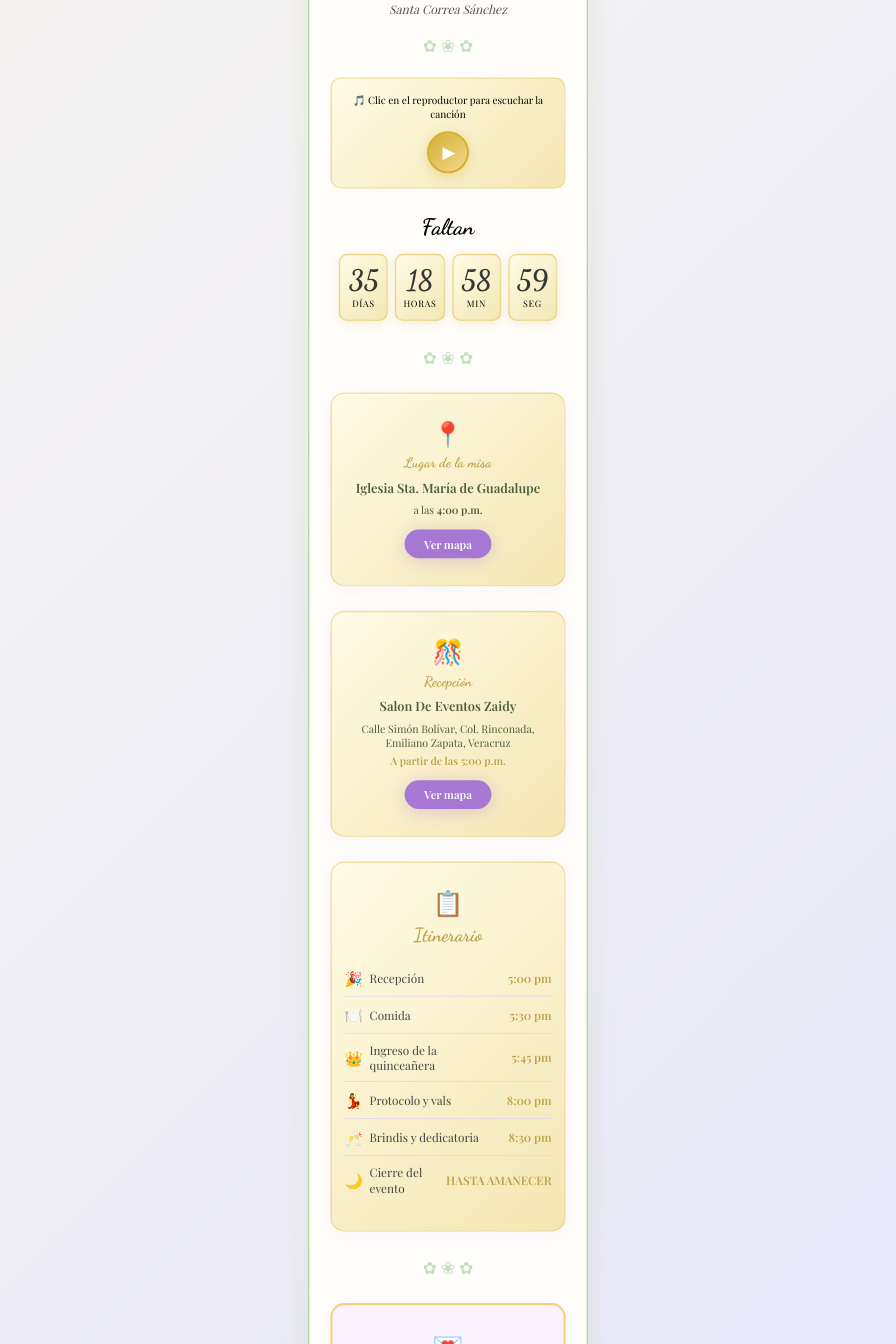
Repository: Jurgt2/InvitacionXvCamila
Page: index.html
These files come from the project's save history. The page is drawn as it stood at one moment and after the next save; the edit follows.
The browser window is 1280 px wide. The pictures show the part of the page from y = 771 to 2691 px (the page is 3213 px tall), at 70% of full size.
Some web fonts or font styles are not loaded; a fallback is used.

Above is the page before, as saved 2025-11-15 16:29:37.
Console error: TypeError: Cannot read properties of null (reading 'href')

### index.html
<!DOCTYPE html>
<html lang="es">
<head>
    <meta charset="UTF-8">
    <meta name="viewport" content="width=device-width, initial-scale=1.0">
    <title>Mis 15 Años - María Camila</title>

    <!-- Google Fonts -->
    <link rel="preconnect" href="https://fonts.googleapis.com">
    <link rel="preconnect" href="https://fonts.gstatic.com" crossorigin>
    <link href="https://fonts.googleapis.com/css2?family=Dancing+Script:wght@400;700&family=Playfair+Display:ital,wght@0,400;0,600;1,400&display=swap" rel="stylesheet">

    <!-- Estilos personalizados -->
    <link rel="stylesheet" href="style.css">
</head>
<body>
    <!-- Contenedor principal -->
    <div class="container">
    <!-- Encabezado superior eliminado -->
        <!-- 1. Foto circular de la quinceañera -->
        <div class="photo-section">
            <div class="photo-frame">
                <img src="quinceanera.jpg" alt="Emily Camila" class="quinceanera-photo">
            </div>
            <div class="crown-decoration">👑</div>
        </div>
        <!-- 2. Título principal -->
        <h1 class="main-title" style="font-family: 'Dancing Script', cursive; font-size: 2.5rem; font-weight: 700; color: #7d4ba8; text-align: center; margin: 20px 0 0 0;">
            <span style="font-size:2.5rem; color:#bfa14a; font-family: 'Dancing Script', cursive; font-weight: 700;">Emily Camila Salazar Santamaría</span>
        </h1>
        <!-- 3. Subtítulo descriptivo -->
        <p class="subtitle">
            Sus 15 años son un reflejo de su belleza, sus sueños y su alegría.<br>
            Hoy celebramos con entusiasmo y amor...
        </p>
        <!-- Fecha destacada (ahora debajo del texto) -->
        <div class="fecha-xv" style="text-align:center; margin:10px 0 18px 0;">
            <span style="display:inline-block; background:linear-gradient(90deg,#fffbe6 60%,#bfa14a 100%); color:#bfa14a; border-radius:12px; padding:6px 18px; font-size:1.1rem; font-weight:600; letter-spacing:1px; box-shadow:0 2px 8px #f3eac080;">SÁBADO <span style="color:#bfa14a; font-size:1.3rem;">20</span> DICIEMBRE</span>
        </div>
        <!-- Nombres de papás y padrinos (formato elegante) -->
        <div class="familia-xv" style="text-align:center; margin:28px 0 18px 0;">
            <span style="color:#bfa14a; font-size:1.25rem; font-family:'Dancing Script',cursive; font-weight:700; letter-spacing:0.5px; display:block; margin-bottom:6px;">En compañía de</span>
            <div style="display:flex; justify-content:center; align-items:flex-start; gap:32px; flex-wrap:wrap; margin-bottom:6px;">
                <div style="min-width:140px;">
                    <span style="color:#bfa14a; font-size:1.1rem; font-family:'Dancing Script',cursive; font-weight:700; display:block; margin-bottom:2px;">Sus papás</span>
                    <span style="display:block; color:#555; font-size:1.08rem; font-family:'Playfair Display',serif; font-style:italic; margin-bottom:2px;">José Antonio Salazar Morales</span>
                    <span style="display:block; color:#555; font-size:1.08rem; font-family:'Playfair Display',serif; font-style:italic;">Lissette Santamaría Correa</span>
                </div>
                <div style="min-width:140px;">
                    <span style="color:#bfa14a; font-size:1.1rem; font-family:'Dancing Script',cursive; font-weight:700; display:block; margin-bottom:2px;">Sus padrinos</span>
                    <span style="display:block; color:#555; font-size:1.08rem; font-family:'Playfair Display',serif; font-style:italic; margin-bottom:2px;">Félix Córdova Alba</span>
                    <span style="display:block; color:#555; font-size:1.08rem; font-family:'Playfair Display',serif; font-style:italic;">Santa Correa Sánchez</span>
                </div>
            </div>
        </div>
        <!-- Decoración floral -->
        <div class="floral-divider">✿ ❀ ✿</div>

        <!-- 4. Reproductor de música -->
        <div class="music-section">
            <p class="music-instruction">🎵 Clic en el reproductor para escuchar la canción</p>
            <button id="playButton" class="play-button" aria-label="Reproducir música">
                <span id="playIcon">▶</span>
            </button>
            <audio id="audioPlayer" loop>
                <source src="musica.mp3" type="audio/mpeg">
                Tu navegador no soporta el elemento de audio.
            </audio>
        </div>

        <!-- 5. Cuenta regresiva -->
        <div class="countdown-section">
            <h2 class="section-title">Faltan</h2>
            <div class="countdown-container">
                <div class="countdown-box">
                    <div class="countdown-number" id="days">00</div>
                    <div class="countdown-label">Días</div>
                </div>
                <div class="countdown-box">
                    <div class="countdown-number" id="hours">00</div>
                    <div class="countdown-label">Horas</div>
                </div>
                <div class="countdown-box">
                    <div class="countdown-number" id="minutes">00</div>
                    <div class="countdown-label">Min</div>
                </div>
                <div class="countdown-box">
                    <div class="countdown-number" id="seconds">00</div>
                    <div class="countdown-label">Seg</div>
                </div>
            </div>
            <p id="countdownMessage" class="countdown-message"></p>
        </div>

        <!-- Decoración floral -->
        <div class="floral-divider">✿ ❀ ✿</div>

        <!-- 6. Sección LUGAR -->
        <div class="cuadro-misa" style="background: #faf3ff; border: 3px solid #c7a8ea; border-radius: 20px; padding: 32px 18px 38px 18px; margin: 35px 0; text-align: center; box-shadow: 0 4px 24px #e6e6fa55;">
            <div style="font-size:2.2rem; margin-bottom: 8px; color:#bfa14a;">📍</div>
                <div style="font-family: 'Dancing Script', cursive; font-size:1.25rem; color:#bfa14a; margin-bottom: 10px; font-weight: 700;">Lugar de la misa</div>
                <div style="font-family: 'Playfair Display', serif; font-size:1.15rem; color:#4b5e3c; font-weight:700; margin-bottom: 10px;">Iglesia Sta. María de Guadalupe</div>
                <div style="font-size:0.95rem; color:#4b5e3c; margin-bottom: 18px;">a las <span style="color:#4b5e3c; font-weight:700;">4:00 p.m.</span></div>
                <a href="https://maps.app.goo.gl/ystdQ5vSETh3HKnf7" target="_blank" rel="noopener noreferrer" style="display:inline-block; background:#a678d3; color:#fff; font-family:'Playfair Display',serif; font-size:1rem; font-weight:600; border-radius:32px; padding:10px 28px; text-decoration:none; box-shadow:0 4px 24px #a678d355; transition:background 0.2s;">Ver mapa</a>
        </div>

        <!-- 7. Sección RECEPCIÓN -->
        <div class="cuadro-recepcion" style="background: #faf3ff; border: 3px solid #c7a8ea; border-radius: 20px; padding: 32px 18px 38px 18px; margin: 35px 0; text-align: center; box-shadow: 0 4px 24px #e6e6fa55;">
            <div style="font-size:2.2rem; margin-bottom: 8px; color:#bfa14a;">🎊</div>
            <div style="font-family: 'Dancing Script', cursive; font-size:1.25rem; color:#bfa14a; margin-bottom: 10px; font-weight: 700;">Recepción</div>
            <div style="font-family: 'Playfair Display', serif; font-size:1.15rem; color:#4b5e3c; font-weight:700; margin-bottom: 10px;">Salon De Eventos Zaidy</div>
            <div style="font-family: 'Playfair Display', serif; font-size:0.95rem; color:#4b5e3c; margin-bottom: 6px;">Calle Simón Bolívar, Col. Rinconada, Emiliano Zapata, Veracruz</div>
            <div style="font-family: 'Playfair Display', serif; font-size:0.95rem; color:#bfa14a; font-weight:700; margin-bottom: 18px;">A partir de las 5:00 p.m.</div>
            <a href="https://maps.app.goo.gl/BLjvQERLtKDqoa328" target="_blank" rel="noopener noreferrer" style="display:inline-block; background:#a678d3; color:#fff; font-family:'Playfair Display',serif; font-size:1rem; font-weight:600; border-radius:32px; padding:10px 28px; text-decoration:none; box-shadow:0 4px 24px #a678d355; transition:background 0.2s;">Ver mapa</a>
        </div>
        <!-- 8. Sección ITINERARIO -->
        <div class="cuadro-itinerario" style="background: #faf3ff; border: 3px solid #c7a8ea; border-radius: 20px; padding: 32px 18px 38px 18px; margin: 35px 0; text-align: center; box-shadow: 0 4px 24px #e6e6fa55;">
            <div style="font-size:2.2rem; margin-bottom: 8px; color:#bfa14a;">📋</div>
            <div style="font-family: 'Dancing Script', cursive; font-size:1.7rem; color:#bfa14a; margin-bottom: 18px; font-weight: 700;">Itinerario</div>
            <div style="width:100%; max-width:420px; margin:0 auto;">
                <div style="display:flex; align-items:center; justify-content:space-between; padding:12px 0 12px 0; border-bottom:1px solid #e0d3f7;">
                    <span style="font-size:1.3rem; margin-right:10px; color:#bfa14a;">🎉</span>
                    <span style="flex:1; text-align:left; font-family:'Playfair Display',serif; font-size:1.05rem; color:#444;">Recepción</span>
                    <span style="font-family:'Playfair Display',serif; font-size:1.05rem; color:#bfa14a; font-weight:600; min-width:80px; text-align:right;">5:00 pm</span>
                </div>
                <div style="display:flex; align-items:center; justify-content:space-between; padding:12px 0 12px 0; border-bottom:1px solid #e0d3f7;">
                    <span style="font-size:1.3rem; margin-right:10px; color:#bfa14a;">🍽️</span>
                    <span style="flex:1; text-align:left; font-family:'Playfair Display',serif; font-size:1.05rem; color:#444;">Comida</span>
                    <span style="font-family:'Playfair Display',serif; font-size:1.05rem; color:#bfa14a; font-weight:600; min-width:80px; text-align:right;">5:30 pm</span>
                </div>
                <div style="display:flex; align-items:center; justify-content:space-between; padding:12px 0 12px 0; border-bottom:1px solid #e0d3f7;">
                    <span style="font-size:1.3rem; margin-right:10px; color:#bfa14a;">👑</span>
                    <span style="flex:1; text-align:left; font-family:'Playfair Display',serif; font-size:1.05rem; color:#444;">Ingreso de la quinceañera</span>
                    <span style="font-family:'Playfair Display',serif; font-size:1.05rem; color:#bfa14a; font-weight:600; min-width:80px; text-align:right;">5:45 pm</span>
                </div>
                <div style="display:flex; align-items:center; justify-content:space-between; padding:12px 0 12px 0; border-bottom:1px solid #e0d3f7;">
                    <span style="font-size:1.3rem; margin-right:10px; color:#bfa14a;">💃</span>
                    <span style="flex:1; text-align:left; font-family:'Playfair Display',serif; font-size:1.05rem; color:#444;">Protocolo y vals</span>
                    <span style="font-family:'Playfair Display',serif; font-size:1.05rem; color:#bfa14a; font-weight:600; min-width:80px; text-align:right;">8:00 pm</span>
                </div>
                <div style="display:flex; align-items:center; justify-content:space-between; padding:12px 0 12px 0; border-bottom:1px solid #e0d3f7;">
                    <span style="font-size:1.3rem; margin-right:10px; color:#bfa14a;">🥂</span>
                    <span style="flex:1; text-align:left; font-family:'Playfair Display',serif; font-size:1.05rem; color:#444;">Brindis y dedicatoria</span>
                    <span style="font-family:'Playfair Display',serif; font-size:1.05rem; color:#bfa14a; font-weight:600; min-width:80px; text-align:right;">8:30 pm</span>
                </div>
                <div style="display:flex; align-items:center; justify-content:space-between; padding:12px 0 12px 0;">
                    <span style="font-size:1.3rem; margin-right:10px; color:#bfa14a;">🌙</span>
                    <span style="flex:1; text-align:left; font-family:'Playfair Display',serif; font-size:1.05rem; color:#444;">Cierre del evento</span>
                    <span style="font-family:'Playfair Display',serif; font-size:1.05rem; color:#bfa14a; font-weight:600; min-width:80px; text-align:right;">HASTA AMANECER</span>
                </div>
            </div>
        </div>

        <!-- Decoración floral -->
        <div class="floral-divider">✿ ❀ ✿</div>

        <!-- 9. Sección CONFIRMAR ASISTENCIA -->
        <div class="cuadro-rsvp" style="background: #faf3ff; border: 3px solid #f3d37a; border-radius: 20px; padding: 32px 18px 38px 18px; margin: 35px 0; text-align: center; box-shadow: 0 4px 24px #e6e6fa55;">
            <div style="font-size:2.2rem; margin-bottom: 8px; color:#bfa14a;">💌</div>
            <div style="font-family: 'Dancing Script', cursive; font-size:1.7rem; color:#bfa14a; margin-bottom: 18px; font-weight: 700;">Confirmar Asistencia</div>
            <div style="font-family: 'Playfair Display', serif; font-size:1.1rem; color:#888; font-style:italic; margin-bottom: 28px;">Por favor confirmar antes del 12 de noviembre</div>
            <a href="https://wa.me/522791007933?text=Hola%2C%20confirmo%20mi%20asistencia%20a%20los%2015%20a%C3%B1os%20de%20Emily%20Camila.%20%C2%A1Ser%C3%A1%20un%20honor%20acompa%C3%B1arla%20en%20su%20d%C3%ADa%20especial!%20%F0%9F%92%96%F0%9F%8E%89" target="_blank" rel="noopener noreferrer" style="display:inline-block; background:#bfa14a; color:#fff; font-family:'Playfair Display',serif; font-size:1.3rem; font-weight:600; border-radius:32px; padding:14px 44px; text-decoration:none; box-shadow:0 4px 24px #bfa14a55; transition:background 0.2s;">Confirmar aquí</a>
        </div>

        <!-- Footer decorativo -->
        <div class="footer">
            <div style="text-align: center; margin-top: 40px; margin-bottom: 10px;">
                <span style="
                    font-family: 'Dancing Script', cursive;
                    font-size: 2.2rem;
                    color: #bfa14a;
                    font-weight: 400;
                    letter-spacing: 0.5px;
                    display: inline-block;
                    background: none;
                    padding: 0;
                    margin: 0;
                ">¡Será un honor contar con tu presencia!</span>
            </div>
            <div class="floral-divider">✿ ❀ ✿</div>
        </div>

    </div>

    <!-- Script JavaScript -->
    <script src="script.js"></script>
</body>
</html>

Loaded but not shown: script.js (157 lines, source omitted); style.css (412 lines, source omitted)

After the next save:
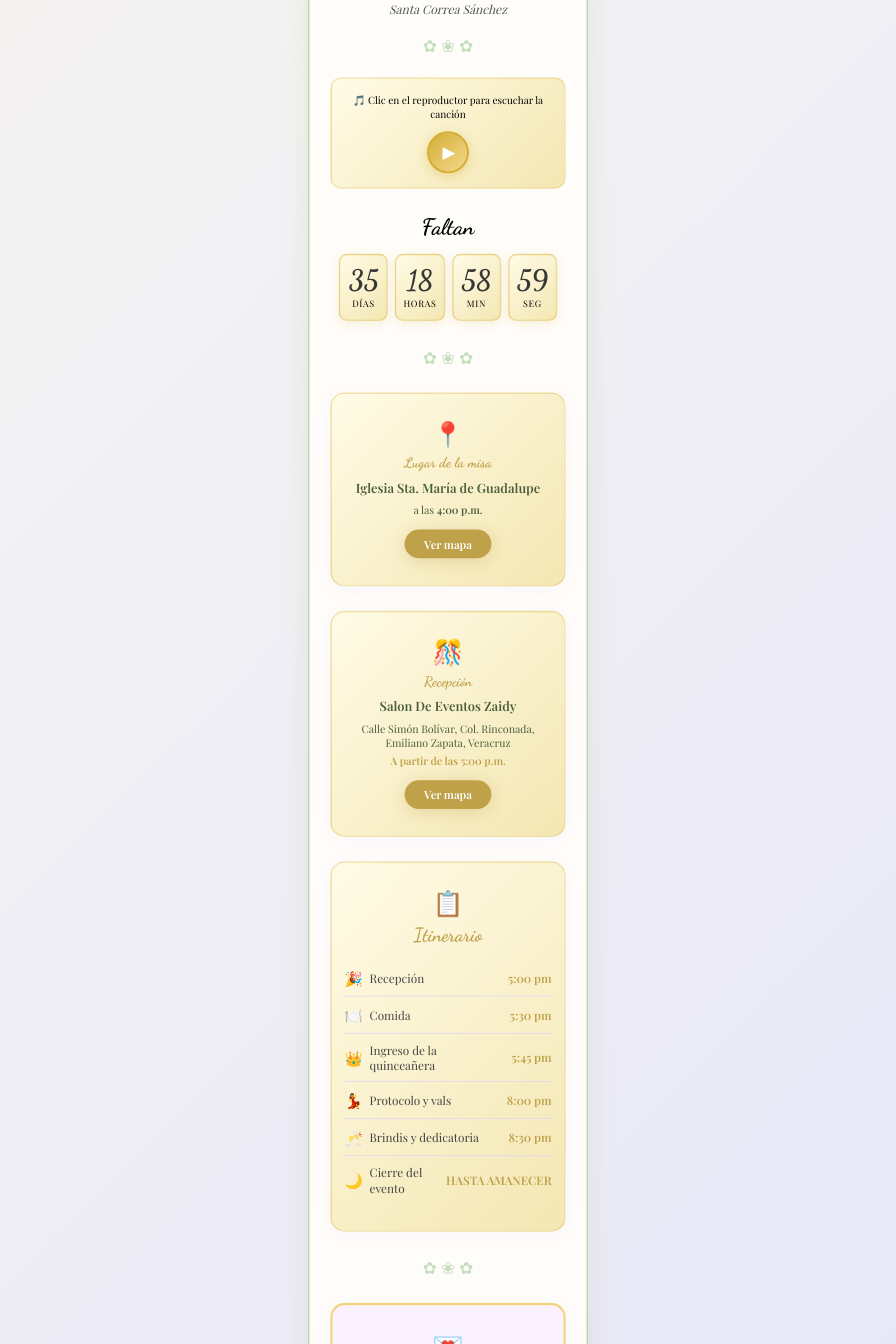
Saved 2 min 34 s later.
--- a/index.html
+++ b/index.html
@@ -101,7 +101,7 @@
                 <div style="font-family: 'Dancing Script', cursive; font-size:1.25rem; color:#bfa14a; margin-bottom: 10px; font-weight: 700;">Lugar de la misa</div>
                 <div style="font-family: 'Playfair Display', serif; font-size:1.15rem; color:#4b5e3c; font-weight:700; margin-bottom: 10px;">Iglesia Sta. María de Guadalupe</div>
                 <div style="font-size:0.95rem; color:#4b5e3c; margin-bottom: 18px;">a las <span style="color:#4b5e3c; font-weight:700;">4:00 p.m.</span></div>
-                <a href="https://maps.app.goo.gl/ystdQ5vSETh3HKnf7" target="_blank" rel="noopener noreferrer" style="display:inline-block; background:#a678d3; color:#fff; font-family:'Playfair Display',serif; font-size:1rem; font-weight:600; border-radius:32px; padding:10px 28px; text-decoration:none; box-shadow:0 4px 24px #a678d355; transition:background 0.2s;">Ver mapa</a>
+                <a href="https://maps.app.goo.gl/ystdQ5vSETh3HKnf7" target="_blank" rel="noopener noreferrer" style="display:inline-block; background:#bfa14a; color:#fff; font-family:'Playfair Display',serif; font-size:1rem; font-weight:600; border-radius:32px; padding:10px 28px; text-decoration:none; box-shadow:0 4px 24px #bfa14a55; transition:background 0.2s;">Ver mapa</a>
         </div>
 
         <!-- 7. Sección RECEPCIÓN -->
@@ -111,7 +111,7 @@
             <div style="font-family: 'Playfair Display', serif; font-size:1.15rem; color:#4b5e3c; font-weight:700; margin-bottom: 10px;">Salon De Eventos Zaidy</div>
             <div style="font-family: 'Playfair Display', serif; font-size:0.95rem; color:#4b5e3c; margin-bottom: 6px;">Calle Simón Bolívar, Col. Rinconada, Emiliano Zapata, Veracruz</div>
             <div style="font-family: 'Playfair Display', serif; font-size:0.95rem; color:#bfa14a; font-weight:700; margin-bottom: 18px;">A partir de las 5:00 p.m.</div>
-            <a href="https://maps.app.goo.gl/BLjvQERLtKDqoa328" target="_blank" rel="noopener noreferrer" style="display:inline-block; background:#a678d3; color:#fff; font-family:'Playfair Display',serif; font-size:1rem; font-weight:600; border-radius:32px; padding:10px 28px; text-decoration:none; box-shadow:0 4px 24px #a678d355; transition:background 0.2s;">Ver mapa</a>
+            <a href="https://maps.app.goo.gl/BLjvQERLtKDqoa328" target="_blank" rel="noopener noreferrer" style="display:inline-block; background:#bfa14a; color:#fff; font-family:'Playfair Display',serif; font-size:1rem; font-weight:600; border-radius:32px; padding:10px 28px; text-decoration:none; box-shadow:0 4px 24px #bfa14a55; transition:background 0.2s;">Ver mapa</a>
         </div>
         <!-- 8. Sección ITINERARIO -->
         <div class="cuadro-itinerario" style="background: #faf3ff; border: 3px solid #c7a8ea; border-radius: 20px; padding: 32px 18px 38px 18px; margin: 35px 0; text-align: center; box-shadow: 0 4px 24px #e6e6fa55;">
